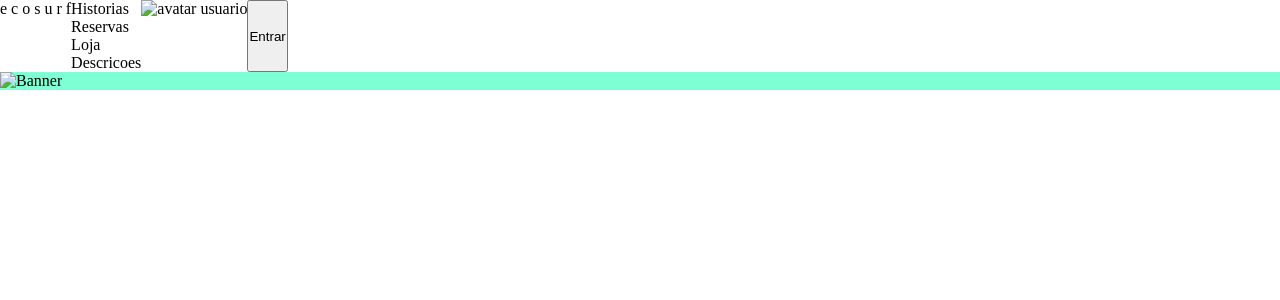
Repository: jorgprado/html-css-js
Page: blog-ecosurf/index.html
These files come from the project's save history. The page is drawn as it stood at one moment and after a run of saves; the edit follows.
The browser window is 1280 px wide. The pictures show the whole page.

Above is the page before, as saved 2023-05-15 21:22:45.

### blog-ecosurf/index.html
<!DOCTYPE html>
<html lang="pt-br">
<head>
    <meta charset="UTF-8">
    <meta http-equiv="X-UA-Compatible" content="IE=edge">
    <meta name="viewport" content="width=device-width, initial-scale=1.0">
    <link rel="stylesheet" href="css/style.css">
    <title>Ecosurf</title>
</head>
<body>
    <main>
        <header>
            <p class="logo "><span>e</span>
                <span>c</span>
                <span>o</span>
                <span>s</span>
                <span>u</span>
                <span>r</span>
                <span>f</span>
            </p>
            <menu>
                <p>Historias</p>
                <p>Reservas</p>
                <p>Loja</p>
                <p>Descricoes</p>
            </menu>
            <img src="#" alt="avatar usuario">
            <button>Entrar</button>

        </header>
        <div class="banner">
            <img src="" alt="Banner">
        </div>


    </main>
</body>
</html>

### blog-ecosurf/css/style.css
@charset "UTF-8";

*{
    padding: 0;
    margin: 0;
}

header {
    display: flex;
}

.logo{
    padding: ;
}

.banner{
    margin: auto;
    background-color: aquamarine;
}

After the next 4 saves:
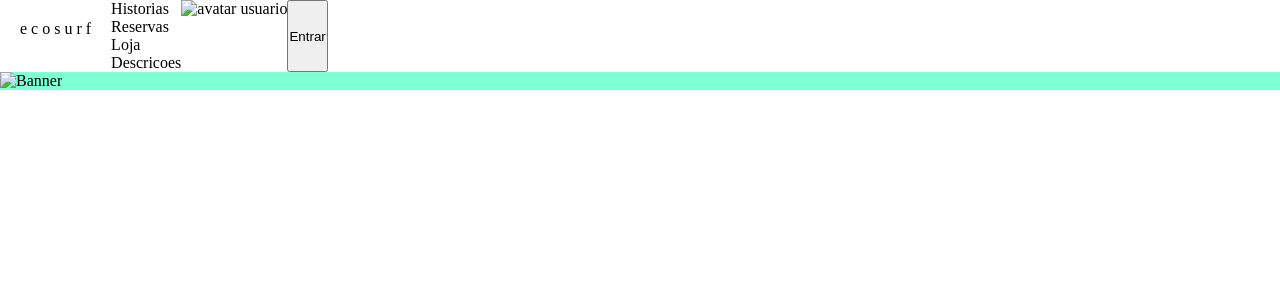
The 4 saves are shown as one change because they came seconds apart.
The last was saved 13 s later.
--- a/blog-ecosurf/css/style.css
+++ b/blog-ecosurf/css/style.css
@@ -10,7 +10,7 @@ header {
 }
 
 .logo{
-    padding: ;
+    padding: 20px 20px;
 }
 
 .banner{
